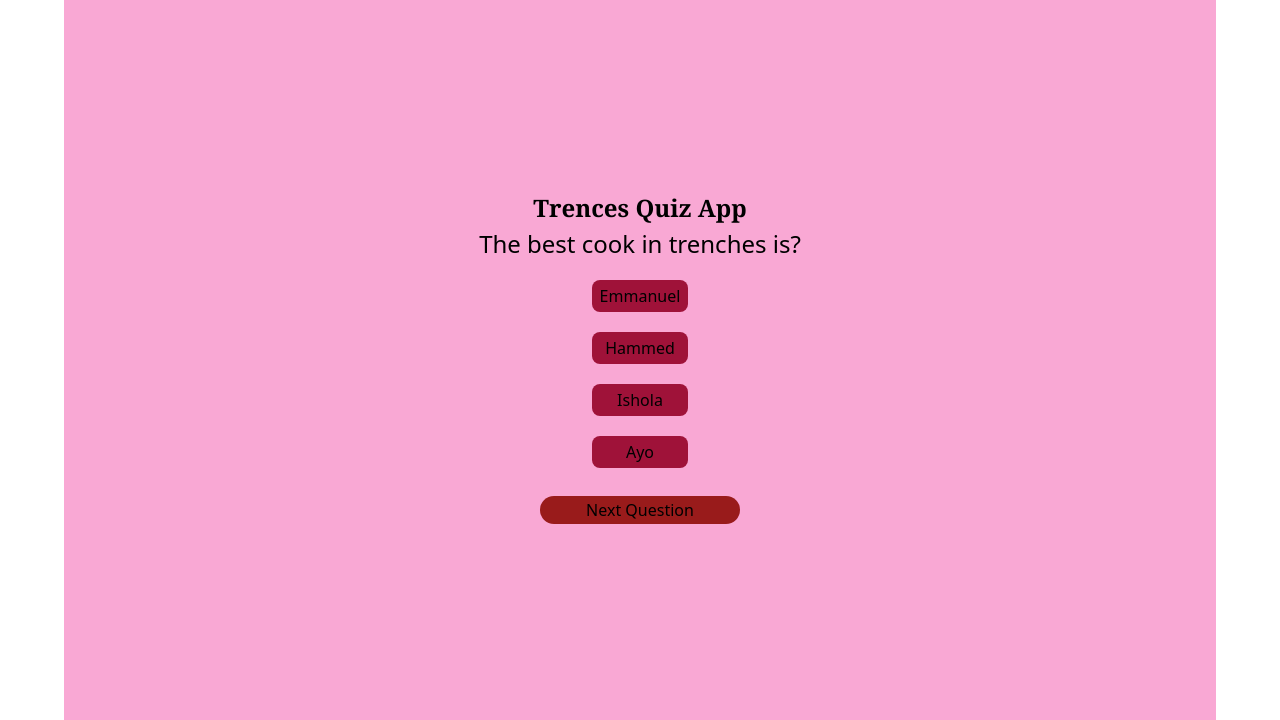
Repository: Semanmernstack/Quiz-react-app
Page: /, after clicking the first element matching `button`
The author's editor kept a copy of each file at every save. The page is drawn from the files as they stood at one save, then again after the next save.
The browser window is 1280 px wide. The pictures show the whole page.
The project was rebuilt for these pictures with package versions that can differ from the ones it lists, and the page was loaded fresh each time. Also part of the build but not shown: src/components/End.js.

Above is the page before, as saved 2023-01-30 02:11:47.

### src/index.css
body {
  margin: 0;
}
@tailwind base;
@tailwind components;
@tailwind utilities;

### src/App.js
import { useState } from "react";
import Menu from "./components/Menu";
import Quiz from "./components/Quiz";
import End from "./components/End"
import { QuizContext } from "./Game/Context";
function App() {
  const [game, setGame] = useState("menu")
  const [score, setScore] = useState(0)
  return (
    <div className="text-center items-center justify-center flex  flex-col  max-w-6xl mx-auto h-screen  bg-pink-300 first-letter:">
      <p className="text-2xl font-extrabold font-serif">Trences Quiz App</p>
      <QuizContext.Provider value={{game, setGame, score, setScore}}>
        {game === "menu" && <Menu/>}
        {game === "quiz" && <Quiz/>}
        {game === "End" && <End/>}

      </QuizContext.Provider>

    </div>
  );
}

export default App;

### src/components/Menu.js
import React, { useContext } from 'react'
import { QuizContext } from '../Game/Context'

function Menu() {
    const { setGame} = useContext(QuizContext)
  return (
    <div className="flex">
        <button className="font-bold  text-xl cursor-pointer bg-red-800 text-white animate-pulse p-1 rounded-xl" onClick={() => {setGame("quiz")}} >Start Quiz</button>

    </div>
  )
}

export default Menu

### src/components/Quiz.js
import React, {  useContext, useState } from 'react'
import { QuizContext } from '../Game/Context';

import { Question } from '../Game/Questions';


function Quiz() {
    const {score, setScore, setGame} = useContext(QuizContext)

    const [current, setCurrent] = useState(0);
    const [option, setOption]= useState("")

    const nextQuestion = () => {
      if (Question[current].answer === option) {
        setScore(score + 1)
      }
      alert(score)
      setCurrent(current + 1)
    }
    const finishQuiz = () => {
      if (Question[current].answer === option) {
        setScore(score + 1)
      }
      setGame("End")

    }



  return (
    <div className=" p-1 rounded-xl   ">
        <h1 className="text-2xl">{Question[current].prompt}</h1>
        <div className="flex mt-5  cursor-pointer flex-col gap-5 items-center text-center">
            <button onClick={() => setOption("A")} className="w-24 bg-rose-800 p-1 rounded-lg hover:bg-red-500">{Question[current].optionA}</button>
            <button  onClick={() => setOption("B") } className="w-24 bg-rose-800 p-1 rounded-lg hover:bg-red-500">{Question[current].optionB}</button>
            <button onClick={() => setOption("C")} className="w-24 bg-rose-800 p-1 rounded-lg hover:bg-red-500">{Question[current].optionC}</button>
            <button onClick={() => setOption("D")} className="w-24 bg-rose-800 p-1 rounded-lg hover:bg-red-500">{Question[current].optionD}</button>
        </div>
        <div>
          {current === Question.length - 1 ? (
            <button onClick={finishQuiz}>Finished</button>
          ):(
            <button className="w-[200px] h-7 mt-7 rounded-full bg-red-800" onClick={nextQuestion} >Next Question</button>
          )}

        </div>

    </div>
  )
}

export default Quiz

### src/Game/Context.js
import { createContext } from "react";

export const QuizContext = createContext()

### src/Game/Questions.js
export  const Question = [
    {
        prompt: "The best cook in trenches is?",
        optionA: "Emmanuel",
        optionB: "Hammed",
        optionC: "Ishola",
        optionD: "Ayo",
        answer: "D",
    },
    {
        prompt: "Who is the sapa giver in trenches?",
        optionA: "Abigeal",
        optionB: "Idilabi",
        optionC: "Ebu",
        optionD: "Ajoke",
        answer: "C",
    },
    {
        prompt: "Name he person that enter school and ran back home?",
        optionA: "Davido",
        optionB: "Eniola",
        optionC: "Gift",
        optionD: "Okiki",
        answer: "B",
    },
    {
        prompt: "who is the best Osu?",
        optionA: "Cory",
        optionB: "Joe",
        optionC: "Harmon",
        optionD: "Bob",
        answer: "A",
    },
    {
        prompt: "The most serious in Trenches?",
        optionA: "Malik",
        optionB: "Hammed",
        optionC: "Ishola",
        optionD: "Ayo",
        answer: "A",
    },
    {
        prompt: "Who is trenches table tennis best player?",
        optionA: "Baddo",
        optionB: "Daddy Pems",
        optionC: "BJ",
        optionD: "Sule",
        answer: "B",
    },
    {
        prompt: "Babaoja of trenches is?",
        optionA: "Baddo",
        optionB: "daddy Dami",
        optionC: "Igwe",
        optionD: "Baba Gift",
        answer: "A",
    },
    {
        prompt: "The name of trenches street is?",
        optionA: "Portable str",
        optionB: "Alagomeji str",
        optionC: "Tijani str",
        optionD: "Adekunle Olaiya",
        answer: "D",
    },
    {
        prompt: "Highest Iphone own in trenches right now?",
        optionA: "xr",
        optionB: "7",
        optionC: "11 ",
        optionD: "11 pro",
        answer: "A",
    },
    {
        prompt: "The best song/album in trenches at the moment?",
        optionA: "Ruger",
        optionB: "Portable",
        optionC: "Seyi Vibes ",
        optionD: "Zinolisky",
        answer: "C",
    },
]

Loaded but not shown: public/index.html (common file); src/index.js (common file); src/reportWebVitals.js (common file); tailwind.config.js (common file)

After the next save:
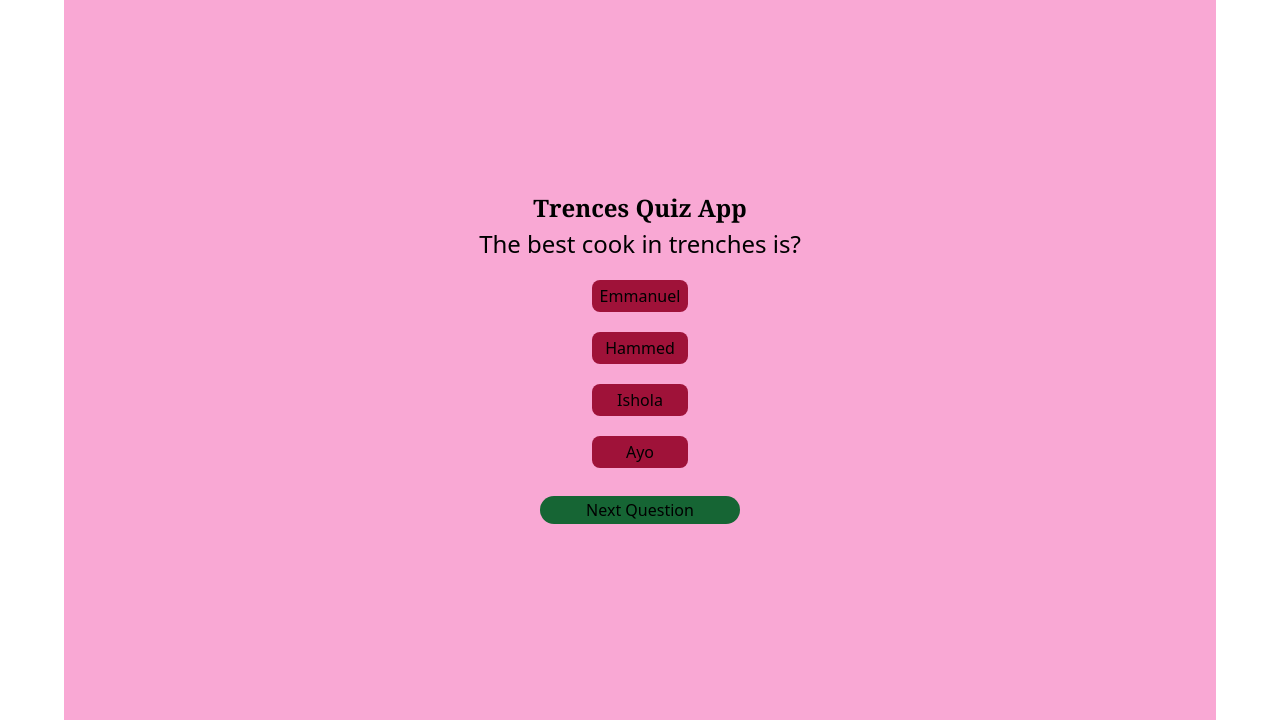
Saved 11 s later.
--- a/src/components/Quiz.js
+++ b/src/components/Quiz.js
@@ -40,7 +40,7 @@ function Quiz() {
           {current === Question.length - 1 ? (
             <button onClick={finishQuiz}>Finished</button>
           ):(
-            <button className="w-[200px] h-7 mt-7 rounded-full bg-red-800" onClick={nextQuestion} >Next Question</button>
+            <button className="w-[200px] h-7 mt-7 rounded-full bg-green-800" onClick={nextQuestion} >Next Question</button>
           )}
 
         </div>
